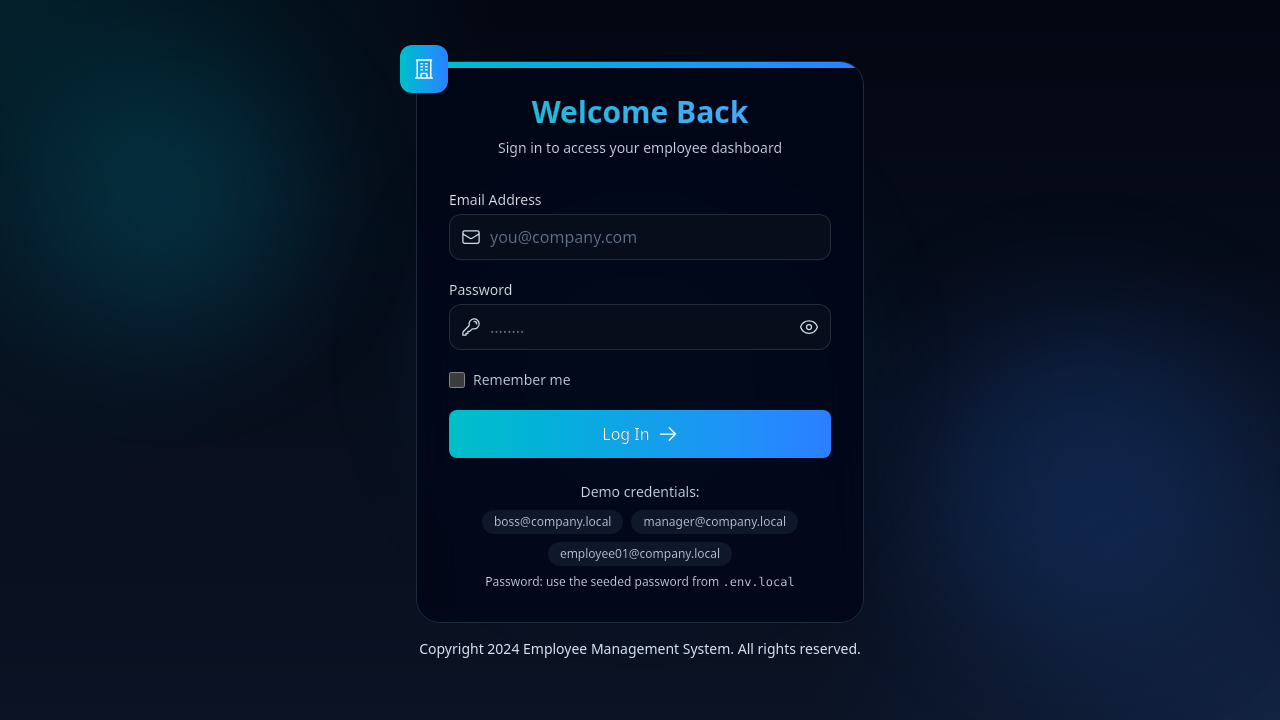
Repository: Prathamesh0008/employee_management
Page: /login
These files come from the project's save history. The page is drawn as it stood at one moment and after the next save; the edit follows.
The browser window is 1280 px wide. The pictures show the whole page.
The page's requests for data from a server got no answer. The project was rebuilt for these pictures with package versions that can differ from the ones it lists, and the page was loaded fresh each time. The framework's server and built-in components were replaced by stand-ins that run in the browser. No one was signed in, and anything a server would have sent is missing. Also part of the build but not shown: next.config.mjs.

Above is the page before, as saved 2026-03-05 18:57:30.

### app/layout.js
import "./globals.css";

export const metadata = {
  title: "Employee Management System",
  description: "Internal employee management platform",
};

export default function RootLayout({ children }) {
  return (
    <html lang="en">
      <body className="dark-theme min-h-screen bg-slate-950 text-slate-100 antialiased">
        {children}
      </body>
    </html>
  );
}

### app/login/page.js
import LoginForm from "@/components/auth/LoginForm";

export const metadata = {
  title: "Login | Employee Management",
};

export default function LoginPage() {
  return <LoginForm />;
}

### app/globals.css
@import "tailwindcss";

:root {
  color-scheme: dark;
  --app-bg: #050b16;
  --app-bg-accent: #0f1c35;
  --app-surface: rgba(10, 17, 31, 0.9);
  --app-surface-soft: rgba(15, 23, 42, 0.88);
  --app-surface-strong: rgba(17, 24, 39, 0.96);
  --app-border: rgba(100, 116, 139, 0.3);
  --app-border-strong: rgba(56, 189, 248, 0.2);
  --app-text: #e2e8f0;
  --app-text-strong: #f8fafc;
  --app-muted: #94a3b8;
  --app-muted-soft: #64748b;
}

* {
  box-sizing: border-box;
}

html,
body {
  margin: 0;
  padding: 0;
}

html {
  background:
    radial-gradient(circle at top left, rgba(14, 165, 233, 0.14), transparent 28%),
    radial-gradient(circle at top right, rgba(99, 102, 241, 0.12), transparent 24%),
    linear-gradient(180deg, #060b16 0%, #0a1222 100%);
}

body {
  background:
    radial-gradient(circle at top left, rgba(14, 165, 233, 0.12), transparent 30%),
    radial-gradient(circle at bottom right, rgba(59, 130, 246, 0.1), transparent 26%),
    linear-gradient(180deg, var(--app-bg) 0%, #09101d 100%);
  color: var(--app-text);
}

.dark-theme :is(
  h1,
  h2,
  h3,
  h4,
  h5,
  h6,
  p,
  span,
  a,
  label,
  button,
  li,
  th,
  td,
  input,
  select,
  textarea
) {
  -webkit-text-stroke: 0.2px rgba(2, 6, 23, 0.75);
  text-shadow:
    0 0 1px rgba(2, 6, 23, 0.9),
    0 1px 1px rgba(2, 6, 23, 0.45);
}

button,
input,
select,
textarea {
  font: inherit;
}

button,
a[href],
[role="button"],
summary,
select,
label[for],
input[type="checkbox"],
input[type="radio"] {
  cursor: pointer;
}

button:disabled,
select:disabled,
input:disabled,
[role="button"][aria-disabled="true"] {
  cursor: not-allowed;
}

::selection {
  background: rgba(56, 189, 248, 0.35);
  color: #f8fafc;
}

.dark-theme .bg-white {
  background-color: var(--app-surface-strong) !important;
}

.dark-theme .bg-white\/95 {
  background-color: rgba(15, 23, 42, 0.95) !important;
}

.dark-theme .bg-white\/90 {
  background-color: rgba(15, 23, 42, 0.9) !important;
}

.dark-theme .bg-white\/80 {
  background-color: rgba(15, 23, 42, 0.82) !important;
}

.dark-theme .bg-white\/20 {
  background-color: rgba(148, 163, 184, 0.12) !important;
}

.dark-theme .bg-slate-50 {
  background-color: rgba(15, 23, 42, 0.72) !important;
}

.dark-theme .bg-slate-100 {
  background-color: rgba(30, 41, 59, 0.86) !important;
}

.dark-theme .bg-slate-200 {
  background-color: rgba(51, 65, 85, 0.92) !important;
}

.dark-theme .text-slate-900 {
  color: var(--app-text-strong) !important;
}

.dark-theme .text-slate-800 {
  color: #e2e8f0 !important;
}

.dark-theme .text-slate-700 {
  color: #e5edf7 !important;
}

.dark-theme .text-slate-600 {
  color: #dde7f3 !important;
}

.dark-theme .text-slate-500 {
  color: #d7e2ef !important;
}

.dark-theme .text-slate-400 {
  color: #d1ddec !important;
}

.dark-theme .border-slate-50,
.dark-theme .border-slate-100,
.dark-theme .border-slate-200,
.dark-theme .border-slate-300 {
  border-color: var(--app-border) !important;
}

.dark-theme .ring-slate-100,
.dark-theme .ring-slate-200 {
  --tw-ring-color: rgba(71, 85, 105, 0.45) !important;
}

.dark-theme .from-slate-50 {
  --tw-gradient-from: rgba(15, 23, 42, 0.9) var(--tw-gradient-from-position) !important;
  --tw-gradient-to: rgba(15, 23, 42, 0) var(--tw-gradient-to-position) !important;
  --tw-gradient-stops: var(--tw-gradient-from), var(--tw-gradient-to) !important;
}

.dark-theme .to-white,
.dark-theme .to-slate-50 {
  --tw-gradient-to: rgba(15, 23, 42, 0.65) var(--tw-gradient-to-position) !important;
}

.dark-theme .from-white {
  --tw-gradient-from: rgba(15, 23, 42, 0.82) var(--tw-gradient-from-position) !important;
  --tw-gradient-to: rgba(15, 23, 42, 0) var(--tw-gradient-to-position) !important;
  --tw-gradient-stops: var(--tw-gradient-from), var(--tw-gradient-to) !important;
}

.dark-theme .shadow-sm,
.dark-theme .shadow-md,
.dark-theme .shadow-lg,
.dark-theme .shadow-xl,
.dark-theme .shadow-2xl {
  box-shadow: none !important;
}

.dark-theme input:not([type="checkbox"]):not([type="radio"]),
.dark-theme select,
.dark-theme textarea {
  background-color: rgba(8, 15, 28, 0.9);
  border-color: var(--app-border);
  color: var(--app-text);
}

.dark-theme input:not([type="checkbox"]):not([type="radio"])::placeholder,
.dark-theme textarea::placeholder {
  color: var(--app-muted-soft);
}

.dark-theme table {
  color: var(--app-text);
}

.dark-theme tbody tr:hover {
  background-color: rgba(30, 41, 59, 0.45);
}

.dark-theme .backdrop-blur-sm,
.dark-theme .backdrop-blur-lg,
.dark-theme .backdrop-blur-xl {
  backdrop-filter: blur(18px);
}

.dark-theme ::-webkit-scrollbar {
  width: 10px;
  height: 10px;
}

.dark-theme ::-webkit-scrollbar-track {
  background: rgba(15, 23, 42, 0.65);
}

.dark-theme ::-webkit-scrollbar-thumb {
  border-radius: 9999px;
  background: rgba(71, 85, 105, 0.85);
}

.dark-theme ::-webkit-scrollbar-thumb:hover {
  background: rgba(100, 116, 139, 0.95);
}

/* Project-wide no-shadow preference */
*,
*::before,
*::after {
  box-shadow: none !important;
  text-shadow: none !important;
}

/* Tailwind safelist for dynamic utility classes used via template strings */
@source inline("bg-{amber,orange,indigo,emerald,blue,purple,rose,slate}-{50,100} text-{amber,orange,indigo,emerald,blue,purple,rose,slate}-{500,600,700} border-{amber,orange,indigo,emerald,blue,purple,rose,slate}-200 from-{amber,orange,indigo,emerald,blue,purple,rose,slate}-50 from-{amber,orange,indigo,emerald,blue,purple,rose,slate}-500 to-{amber,orange,indigo,emerald,blue,purple,rose,slate}-400 hover:bg-{amber,orange,indigo,emerald,blue,purple,rose,slate}-100");

### components/auth/LoginForm.jsx
"use client";

import { apiFetch } from "@/lib/client-api";
import { useEffect, useState } from "react";
import { useRouter } from "next/navigation";
import { motion, AnimatePresence } from "framer-motion";
import {
  EnvelopeIcon,
  KeyIcon,
  ArrowRightIcon,
  EyeIcon,
  EyeSlashIcon,
  BuildingOfficeIcon,
  XMarkIcon,
} from "@heroicons/react/24/outline";

const SAVED_LOGIN_EMAIL_KEY = "ems:saved-login-email";

const ROLE_REDIRECT = {
  boss: "/boss/dashboard",
  manager: "/manager/dashboard",
  employee: "/employee/dashboard",
};

const containerVariants = {
  hidden: { opacity: 0 },
  visible: {
    opacity: 1,
    transition: {
      staggerChildren: 0.1,
      delayChildren: 0.2,
    },
  },
};

const itemVariants = {
  hidden: { y: 20, opacity: 0 },
  visible: {
    y: 0,
    opacity: 1,
    transition: {
      type: "spring",
      stiffness: 100,
      damping: 12,
    },
  },
};

const floatingAnimation = {
  initial: { y: 0 },
  animate: {
    y: [-10, 10, -10],
    transition: {
      duration: 6,
      repeat: Infinity,
      ease: "easeInOut",
    },
  },
};

export default function LoginForm() {
  const router = useRouter();

  const [form, setForm] = useState({ email: "", password: "" });
  const [isSubmitting, setIsSubmitting] = useState(false);
  const [error, setError] = useState("");
  const [nextPath, setNextPath] = useState("");
  const [showPassword, setShowPassword] = useState(false);
  const [isLoaded, setIsLoaded] = useState(false);
  const [rememberMe, setRememberMe] = useState(false);

  useEffect(() => {
    setIsLoaded(true);
    const next = new URLSearchParams(window.location.search).get("next") || "";
    setNextPath(next);
    const savedEmail = window.localStorage.getItem(SAVED_LOGIN_EMAIL_KEY) || "";

    if (savedEmail) {
      setForm((previous) => ({ ...previous, email: savedEmail }));
      setRememberMe(true);
    }

    const checkSession = async () => {
      try {
        const response = await apiFetch("/api/auth/me", { cache: "no-store" });

        if (!response.ok) {
          return;
        }

        const data = await response.json();
        const rolePath = ROLE_REDIRECT[data.user?.role] || "/login";
        router.replace(next || rolePath);
      } catch {
        // Intentionally ignored: unauthenticated users should stay on login page.
      }
    };

    checkSession();
  }, [router]);

  const onChange = (event) => {
    const { name, value } = event.target;
    setForm((previous) => ({ ...previous, [name]: value }));
    if (error) setError("");
  };

  const onSubmit = async (event) => {
    event.preventDefault();
    setError("");
    setIsSubmitting(true);

    const formData = new FormData(event.currentTarget);
    const payload = {
      email: String(formData.get("email") || "").trim(),
      password: String(formData.get("password") || ""),
      rememberMe: rememberMe,
    };

    try {
      const response = await apiFetch("/api/auth/login", {
        method: "POST",
        headers: { "Content-Type": "application/json" },
        body: JSON.stringify(payload),
      });

      const data = await response.json();

      if (!response.ok) {
        setError(data.error || "Invalid email or password");
        return;
      }

      if (rememberMe) {
        window.localStorage.setItem(SAVED_LOGIN_EMAIL_KEY, payload.email);
      } else {
        window.localStorage.removeItem(SAVED_LOGIN_EMAIL_KEY);
      }

      const rolePath = ROLE_REDIRECT[data.user?.role] || "/login";
      const destination = nextPath || rolePath;
      window.location.replace(destination);
      return;
    } catch {
      setError("Network error. Please check your connection.");
      setIsSubmitting(false);
    } finally {
      // Keep submitting state until navigation happens on success.
    }
  };

  return (
    <motion.main
      initial="hidden"
      animate={isLoaded ? "visible" : "hidden"}
      variants={containerVariants}
      className="relative flex min-h-screen items-center justify-center overflow-hidden bg-[radial-gradient(circle_at_top_left,rgba(0,191,201,0.14),transparent_34%),radial-gradient(circle_at_bottom_right,rgba(59,130,246,0.14),transparent_32%),linear-gradient(180deg,#030712_0%,#0b1324_100%)] px-4"
    >
      {/* Animated Background Elements */}
      <motion.div
        variants={floatingAnimation}
        animate="animate"
        className="absolute left-10 top-20 h-64 w-64 rounded-full bg-cyan-500/15 blur-3xl"
      />
      <motion.div
        variants={floatingAnimation}
        animate="animate"
        className="absolute bottom-20 right-10 h-80 w-80 rounded-full bg-blue-500/15 blur-3xl"
      />
      <motion.div
        initial={{ scale: 0 }}
        animate={{ scale: 1 }}
        transition={{ duration: 1 }}
        className="absolute left-1/2 top-1/2 h-96 w-96 -translate-x-1/2 -translate-y-1/2 rounded-full bg-cyan-500/10 blur-3xl"
      />

      {/* Login Card */}
      <motion.div
        variants={itemVariants}
        className="relative w-full max-w-md"
      >
        {/* Decorative Elements */}
        <motion.div
          initial={{ scale: 0, rotate: -180 }}
          animate={{ scale: 1, rotate: 0 }}
          transition={{ type: "spring", stiffness: 200, damping: 20 }}
          className="absolute -left-4 -top-4 z-10"
        >
          <div className="flex h-12 w-12 items-center justify-center rounded-xl bg-gradient-to-r from-[#00bfc9] to-blue-500">
            <BuildingOfficeIcon className="h-6 w-6 text-white" />
          </div>
        </motion.div>

        <div className="relative overflow-hidden rounded-3xl border border-slate-800 bg-slate-950/85 backdrop-blur-xl">
          {/* Header Gradient */}
          <div className="absolute top-0 h-1.5 w-full bg-gradient-to-r from-[#00bfc9] to-blue-500" />

          <div className="p-8">
            {/* Header */}
            <motion.div variants={itemVariants} className="text-center">
              <h1 className="text-3xl font-bold bg-gradient-to-r from-[#00bfc9] to-blue-400 bg-clip-text text-transparent">
                Welcome Back
              </h1>
              <p className="mt-2 text-sm text-slate-400">
                Sign in to access your employee dashboard
              </p>
            </motion.div>

            {/* Form */}
            <motion.form
              variants={itemVariants}
              className="mt-8 space-y-5"
              onSubmit={onSubmit}
              autoComplete="on"
            >
              {/* Email Field */}
              <div className="space-y-1">
                <label className="block text-sm font-medium text-slate-200">
                  Email Address
                </label>
                <div className="relative">
                  <input
                    type="email"
                    name="email"
                    id="email"
                    required
                    autoComplete="username"
                    value={form.email}
                    onChange={onChange}
                    className="w-full rounded-xl border border-slate-700 bg-slate-900/80 py-2.5 pl-10 pr-4 text-slate-100 transition-all focus:border-[#00bfc9] focus:outline-none focus:ring-2 focus:ring-cyan-500/20"
                    placeholder="you@company.com"
                  />
                  <EnvelopeIcon className="absolute left-3 top-1/2 h-5 w-5 -translate-y-1/2 text-slate-400" />
                </div>
              </div>

              {/* Password Field */}
              <div className="space-y-1">
                <label className="block text-sm font-medium text-slate-200">
                  Password
                </label>
                <div className="relative">
                  <input
                    type={showPassword ? "text" : "password"}
                    name="password"
                    id="password"
                    required
                    autoComplete="current-password"
                    value={form.password}
                    onChange={onChange}
                    className="w-full rounded-xl border border-slate-700 bg-slate-900/80 py-2.5 pl-10 pr-10 text-slate-100 transition-all focus:border-[#00bfc9] focus:outline-none focus:ring-2 focus:ring-cyan-500/20"
                    placeholder="........"
                    />
                  <KeyIcon className="absolute left-3 top-1/2 h-5 w-5 -translate-y-1/2 text-slate-400" />
                  <button
                    type="button"
                    onClick={() => setShowPassword(!showPassword)}
                    className="absolute right-3 top-1/2 -translate-y-1/2 text-slate-400 hover:text-slate-200"
                  >
                    {showPassword ? (
                      <EyeSlashIcon className="h-5 w-5" />
                    ) : (
                      <EyeIcon className="h-5 w-5" />
                    )}
                  </button>
                </div>
              </div>

              {/* Remember Me */}
              <motion.div
                variants={itemVariants}
                className="flex items-center"
              >
                <label className="flex items-center gap-2">
                  <input
                    type="checkbox"
                    checked={rememberMe}
                    onChange={(e) => setRememberMe(e.target.checked)}
                    className="h-4 w-4 rounded border-slate-600 bg-slate-900 text-cyan-500 focus:ring-cyan-500"
                  />
                  <span className="text-sm text-slate-300">Remember me</span>
                </label>
              </motion.div>

              {/* Error Message */}
              <AnimatePresence>
                {error && (
                  <motion.div
                    initial={{ opacity: 0, y: -10 }}
                    animate={{ opacity: 1, y: 0 }}
                    exit={{ opacity: 0, y: -10 }}
                    className="flex items-center gap-2 rounded-lg border border-rose-500/30 bg-rose-500/10 p-3 text-sm text-rose-300"
                  >
                    <XMarkIcon className="h-5 w-5" />
                    {error}
                  </motion.div>
                )}
              </AnimatePresence>

              {/* Submit Button */}
              <motion.button
                type="submit"
                disabled={isSubmitting}
                whileHover={{ scale: 1.02 }}
                whileTap={{ scale: 0.98 }}
                className="relative w-full overflow-hidden rounded-lg bg-gradient-to-r from-[#00bfc9] to-blue-500 px-4 py-3 font-medium text-white transition-all hover:brightness-110 disabled:opacity-70"
              >
                <AnimatePresence mode="wait">
                  {isSubmitting ? (
                    <motion.div
                      key="loading"
                      initial={{ opacity: 0 }}
                      animate={{ opacity: 1 }}
                      exit={{ opacity: 0 }}
                      className="flex items-center justify-center gap-2"
                    >
                      <svg className="h-5 w-5 animate-spin" viewBox="0 0 24 24">
                        <circle className="opacity-25" cx="12" cy="12" r="10" stroke="currentColor" strokeWidth="4" fill="none" />
                        <path className="opacity-75" fill="currentColor" d="M4 12a8 8 0 018-8V0C5.373 0 0 5.373 0 12h4zm2 5.291A7.962 7.962 0 014 12H0c0 3.042 1.135 5.824 3 7.938l3-2.647z" />
                      </svg>
                      <span>Signing in...</span>
                    </motion.div>
                  ) : (
                    <motion.div
                      key="signin"
                      initial={{ opacity: 0 }}
                      animate={{ opacity: 1 }}
                      exit={{ opacity: 0 }}
                      className="flex items-center justify-center gap-2"
                    >
                      <span>Log In</span>
                      <ArrowRightIcon className="h-5 w-5" />
                    </motion.div>
                  )}
                </AnimatePresence>
              </motion.button>
            </motion.form>

            {/* Footer */}
            <motion.div
              variants={itemVariants}
              className="mt-6 text-center text-sm text-slate-400"
            >
              <p>Demo credentials:</p>
              <div className="mt-2 flex flex-wrap justify-center gap-2">
                <span className="rounded-full bg-slate-900 px-3 py-1 text-xs text-slate-300 ring-1 ring-slate-800">
                  boss@company.local
                </span>
                <span className="rounded-full bg-slate-900 px-3 py-1 text-xs text-slate-300 ring-1 ring-slate-800">
                  manager@company.local
                </span>
                <span className="rounded-full bg-slate-900 px-3 py-1 text-xs text-slate-300 ring-1 ring-slate-800">
                  employee01@company.local
                </span>
              </div>
              <p className="mt-2 text-xs">
                Password: use the seeded password from <code>.env.local</code>
              </p>
            </motion.div>
          </div>
        </div>

        {/* Bottom Decoration */}
        <motion.div
          variants={itemVariants}
          className="mt-4 text-center text-sm text-slate-500"
        >
          Copyright 2024 Employee Management System. All rights reserved.
        </motion.div>
      </motion.div>
    </motion.main>
  );
}

### lib/client-api.js
function getCookieValue(name) {
  if (typeof document === "undefined") {
    return "";
  }

  const cookies = document.cookie.split(";");
  const target = `${name}=`;

  for (const item of cookies) {
    const trimmed = item.trim();

    if (trimmed.startsWith(target)) {
      return decodeURIComponent(trimmed.slice(target.length));
    }
  }

  return "";
}

export async function apiFetch(url, options = {}) {
  const method = (options.method || "GET").toUpperCase();
  const headers = new Headers(options.headers || {});

  if (["POST", "PATCH", "PUT", "DELETE"].includes(method)) {
    const csrfToken = getCookieValue("csrf_token");

    if (csrfToken && !headers.has("x-csrf-token")) {
      headers.set("x-csrf-token", csrfToken);
    }
  }


  return fetch(url, {
    ...options,
    method,
    headers,
  });
}

After the next save:
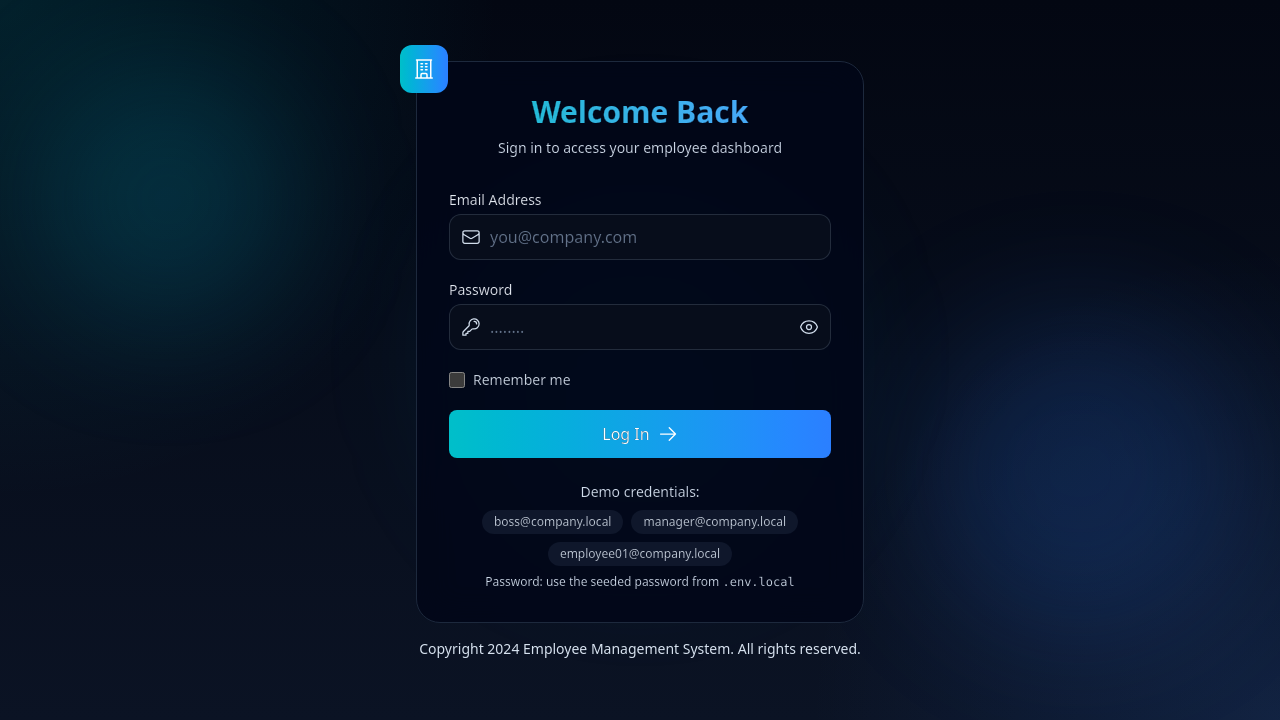
Saved 91 s later.
--- a/components/auth/LoginForm.jsx
+++ b/components/auth/LoginForm.jsx
@@ -193,7 +193,7 @@ export default function LoginForm() {
 
         <div className="relative overflow-hidden rounded-3xl border border-slate-800 bg-slate-950/85 backdrop-blur-xl">
           {/* Header Gradient */}
-          <div className="absolute top-0 h-1.5 w-full bg-gradient-to-r from-[#00bfc9] to-blue-500" />
+          <div className="absolute top-0 h-1.5 w-full " />
 
           <div className="p-8">
             {/* Header */}
